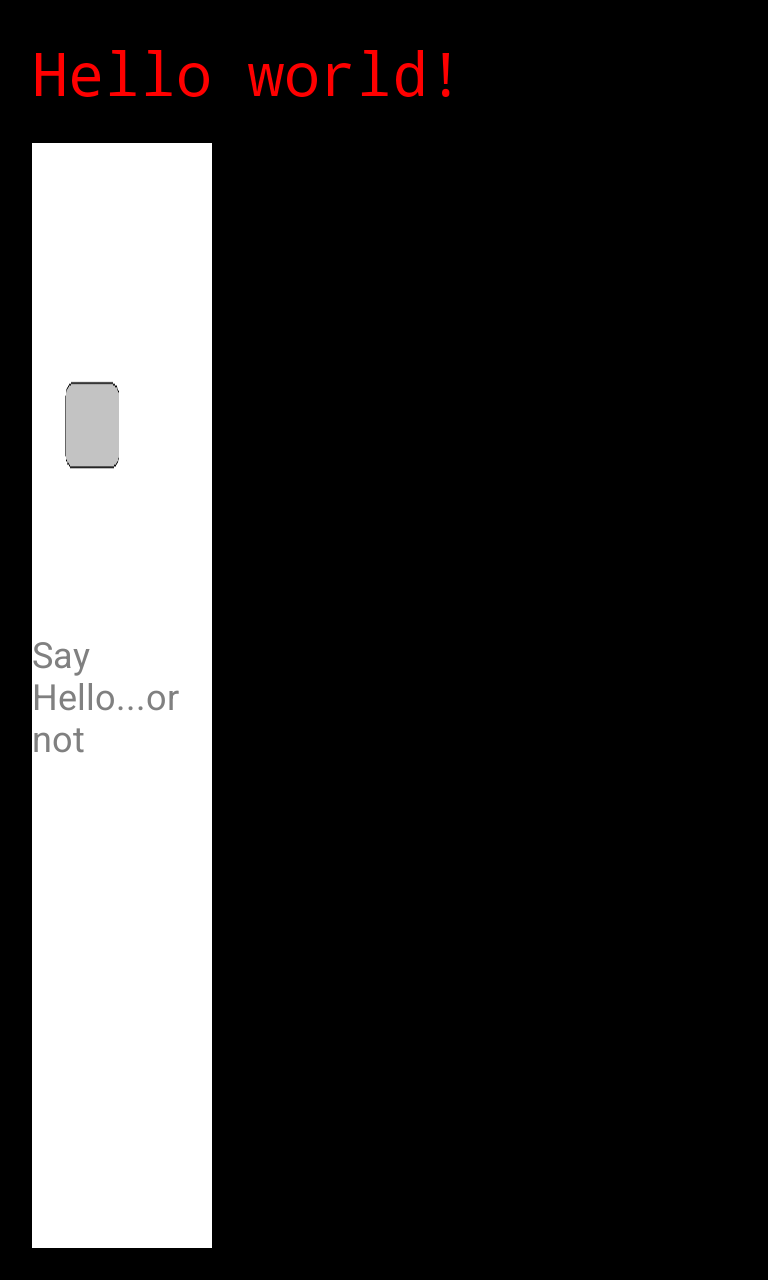
Repository: vamsiampolu/androidworkspace
Layout: StylesAndThemes/res/layout/activity_main.xml
These files come from the project's save history. The layout is drawn as it stood at one moment and after the next save; the edit follows.
It is drawn on a 768 x 1280 px phone screen (xhdpi) without system bars, with theme AppTheme; the app's code is not run.

Above is the layout before, as saved 2013-05-10 05:11:07.

### StylesAndThemes/res/layout/activity_main.xml
<RelativeLayout xmlns:android="http://schemas.android.com/apk/res/android"
    xmlns:tools="http://schemas.android.com/tools"
    android:layout_width="match_parent"
    android:layout_height="match_parent"
    android:paddingBottom="@dimen/activity_vertical_margin"
    android:paddingLeft="@dimen/activity_horizontal_margin"
    android:paddingRight="@dimen/activity_horizontal_margin"
    android:paddingTop="@dimen/activity_vertical_margin"
    tools:context=".MainActivity"
    android:background="#000"
     >

    <!-- Using styles is similar to using css it enables the seperation of design from content
    	A style is a collection of properties defined for the view,a theme is a collection of properties
    	of properties applied to the application or activity

    	If a style is applied as a theme every view will have the same properties as the style.

    	Each child of the resources element is converted into an application resource object at compile time
    	and can be referenced by and can be the style's name attribute.

     	To inherit from a system defined theme use the parent attribute of style,
     	to inherit from your style/theme use the name of the style as parentName.Change

     	For a reference of all style properties refer R.attr
     -->
    <TextView
        android:id="@+id/txt_hello"
       	style="@style/myTextStyle.Red.Big"
        android:text="@string/hello_world" />
    <EditText android:id="@+id/edit_hello"
        	  android:layout_below="@id/txt_hello"
        	  android:layout_marginTop="15dp"
        	  android:hint="Say Hello...or not"
        	  style="@style/editTextStyle"
	/>
</RelativeLayout>

### StylesAndThemes/res/values/styles.xml
<resources xmlns:android="http://schemas.android.com/apk/res/android">

    <!--
        Base application theme, dependent on API level. This theme is replaced
        by AppBaseTheme from res/values-vXX/styles.xml on newer devices.
    -->
    <style name="AppBaseTheme" parent="android:Theme.Light">
        <!--
            Theme customizations available in newer API levels can go in
            res/values-vXX/styles.xml, while customizations related to
            backward-compatibility can go here.
        -->
    </style>

    <!-- Application theme. -->
    <style name="AppTheme" parent="AppBaseTheme">
        <!-- All customizations that are NOT specific to a particular API-level can go here. -->
    </style>

    <style name="myTextStyle" parent="@android:style/TextAppearance.Medium">
        <item name="android:layout_width">fill_parent</item>
        <item name="android:layout_height">wrap_content</item>
        <item name="android:textColor">#00FF00</item>
        <item name="android:typeface">monospace</item>
    </style>
    <style name="myTextStyle.Red">
        <item name="android:textColor">#FF0000</item>
        </style>
        <style name="myTextStyle.Red.Big">
            <item name="android:textSize">30sp</item>
        </style>
        <style name="editTextStyle" parent="android:style/Widget.EditText">
            <item name="android:background">@drawable/edit_text_rounded</item>
            <item name="android:textColor">#FFF</item>
            <item name="android:layout_width">90dp</item>
            <item name="android:layout_height">wrap_content</item>
        </style>

</resources>

### StylesAndThemes/res/values/strings.xml
<?xml version="1.0" encoding="utf-8"?>
<resources>

    <string name="app_name">Styles and Themes</string>
    <string name="action_settings">Settings</string>
    <string name="hello_world">Hello world!</string>

</resources>

Loaded but not shown: StylesAndThemes/res/values-v11/styles.xml (common file); StylesAndThemes/res/values-v14/styles.xml (common file); StylesAndThemes/res/values/dimens.xml (common file)

After the next save:
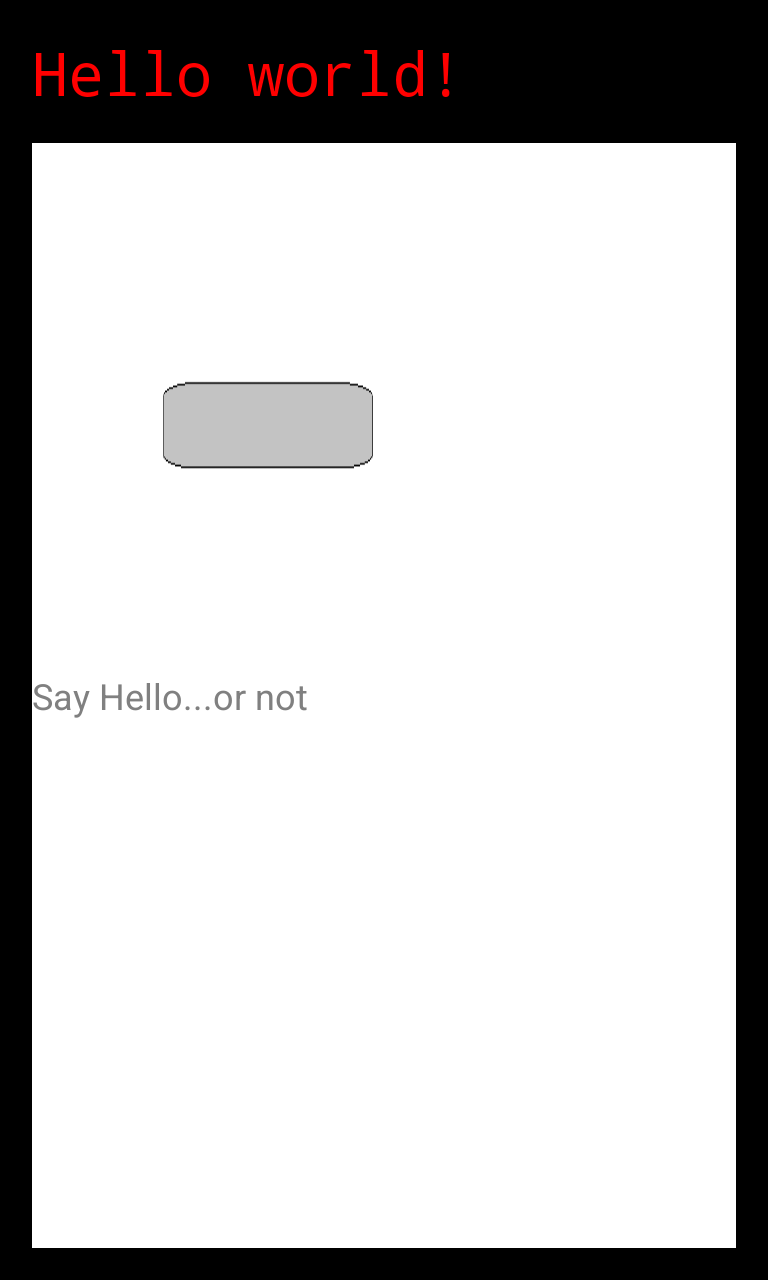
Saved 30 s later.
--- a/StylesAndThemes/res/values/styles.xml
+++ b/StylesAndThemes/res/values/styles.xml
@@ -32,7 +32,7 @@
         <style name="editTextStyle" parent="android:style/Widget.EditText">
             <item name="android:background">@drawable/edit_text_rounded</item>
             <item name="android:textColor">#FFF</item>
-            <item name="android:layout_width">90dp</item>
+            <item name="android:layout_width">wrap_content</item>
             <item name="android:layout_height">wrap_content</item>
         </style>
 
